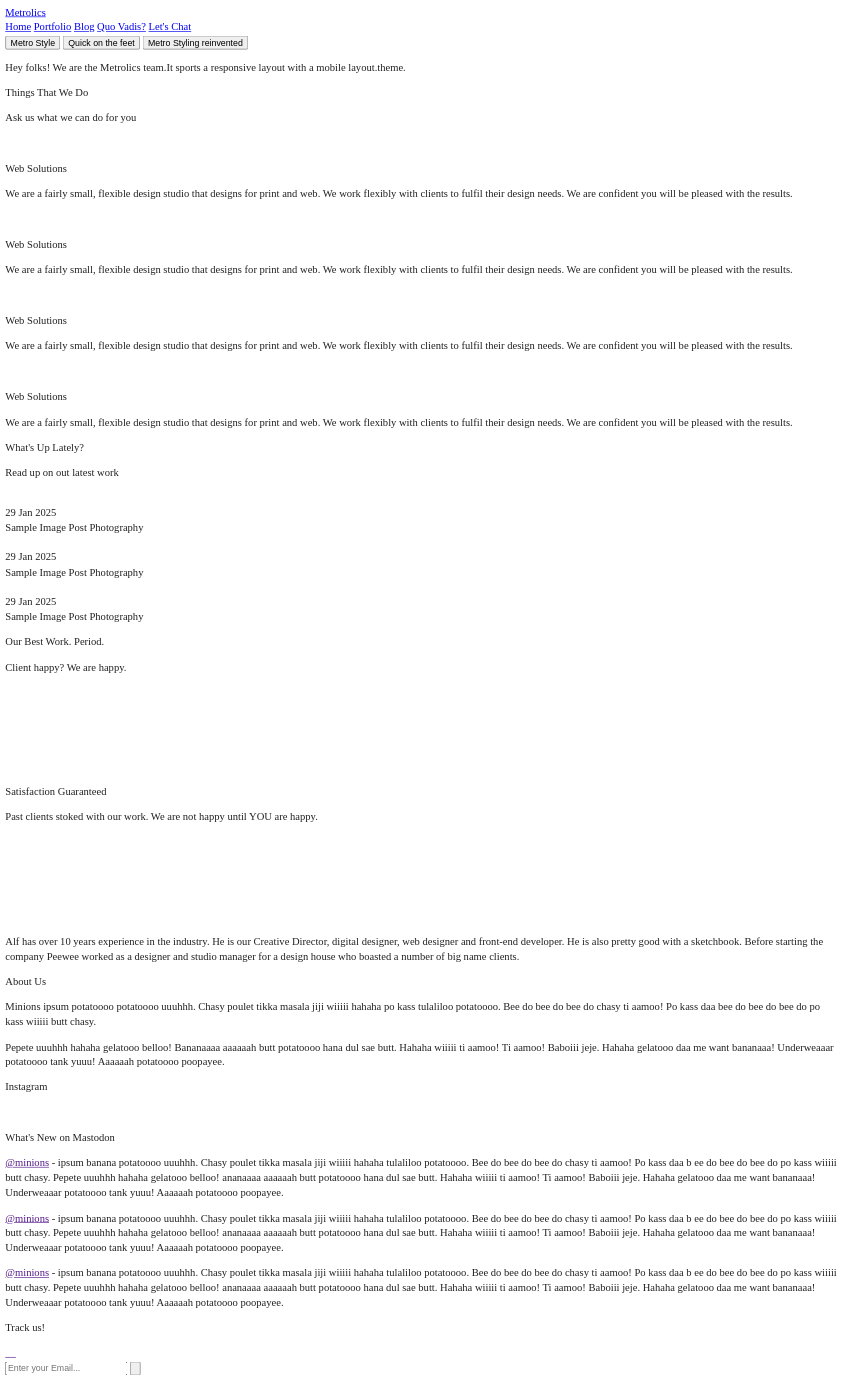
Repository: Angehyy/wk02_site
Page: index.html
An editor plug-in stored every save of this project. The page is shown before and after the next save, followed by the edit.
The browser window is 1280 px wide. The pictures show the whole page, at 66% of full size.

Above is the page before, as saved 2025-01-20 00:58:47.

### index.html
<!doctype html>
<html class="no-js" lang="">

<head>
  <meta charset="utf-8">
  <meta name="viewport" content="width=device-width, initial-scale=1">
  <title>Metrolics</title>
  <link rel="stylesheet" href="css/style.css">
  <meta name="description" content="Learn about Metrolics">

  <meta property="og:title" content="">
  <meta property="og:type" content="">
  <meta property="og:url" content="">
  <meta property="og:image" content="">
  <meta property="og:image:alt" content="">

  <link rel="icon" href="/favicon.ico" sizes="any">
  <link rel="icon" href="/icon.svg" type="image/svg+xml">
  <link rel="apple-touch-icon" href="icon.png">

  <link rel="manifest" href="site.webmanifest">
  <meta name="theme-color" content="#fafafa">
</head>

<body>
  <header>
    <div class="header">
      <a href="#default" class="">Metrolics</a>
      <div class="">
        <a href="#home">Home</a>
        <a href="#portfolio">Portfolio</a>
        <a href="#blog">Blog</a>
        <a href="#quovadis">Quo Vadis?</a>
        <a href="chat">Let's Chat</a>
      </div>
    </div>
  </header>

  <main>
    <div>
      <button class="">Metro Style</button>
      <button class="">Quick on the feet</button>
      <button class="">Metro Styling reinvented</button>
      <img src="" alt="">
    </div>

    <div class="">
      <p>Hey folks! We are the <span>Metrolics</span> team.It sports a responsive layout with a mobile layout.theme.</p>
    </div>

    <section class="">
      <p>Things That We Do</p>
      <p>Ask us what we can do for you</p>
    </section>

    <div class="flex-container">
      <div class="item">
        <img src="" alt="">
        <p class="">Web Solutions</p>
        <p>We are a fairly small, flexible design studio that designs for print and web. We work flexibly with clients to fulfil their design needs. We are confident you will be pleased with the results.</p>
      </div>

      <div class="item">
        <img src="" alt="">
        <p class="">Web Solutions</p>
        <p>We are a fairly small, flexible design studio that designs for print and web. We work flexibly with clients to fulfil their design needs. We are confident you will be pleased with the results.</p>
      </div>

      <div class="item">
        <img src="" alt="">
        <p class="">Web Solutions</p>
        <p>We are a fairly small, flexible design studio that designs for print and web. We work flexibly with clients to fulfil their design needs. We are confident you will be pleased with the results.</p>
      </div>

      <div class="item">
        <img src="" alt="">
        <p class="">Web Solutions</p>
        <p>We are a fairly small, flexible design studio that designs for print and web. We work flexibly with clients to fulfil their design needs. We are confident you will be pleased with the results.</p>
      </div>
    </div>

    <section class="">
      <p>What's Up Lately?</p>
      <p>Read up on out latest work</p>
    </section>

    <div class="flex-container">
      <div class="">
        <img src="" alt="">
        <div>
          <span class="date-top">29</span>
          <span class="month-bottom">Jan 2025</span>
        </div>
        <div class="description">
          <span class="">Sample Image Post</span>
          <span class="">Photography</span>
        </div>
      </div>
      <div class="">
        <img src="" alt="">
        <div>
          <span class="date-top">29</span>
          <span class="month-bottom">Jan 2025</span>
        </div>
        <div class="description">
          <span class="">Sample Image Post</span>
          <span class="">Photography</span>
        </div>
      </div>
      <div class="">
        <img src="" alt="">
        <div>
          <span class="date-top">29</span>
          <span class="month-bottom">Jan 2025</span>
        </div>
        <div class="description">
          <span class="">Sample Image Post</span>
          <span class="">Photography</span>
        </div>
      </div>
    </div>

    <section class="">
      <p>Our Best Work. Period.</p>
      <p>Client happy? We are happy.</p>
    </section>

    <div class="flex-container"></div>
      <div class="">
        <img src="" alt="">
      </div>
      <div class="">
        <img src="" alt="">
      </div>
      <div class="">
        <img src="" alt="">
      </div>
      <div class="">
        <img src="" alt="">
      </div>
      <div class="">
        <img src="" alt="">
      </div>
      <div class="">
        <img src="" alt="">
      </div>
    </div>

    <section>
      <p>Satisfaction Guaranteed</p>
      <p>Past clients stoked with our work. We are not happy until YOU are happy.</p>
    </section>

    <div class="flex-container">
      <div class="client" id="kirita">
        <span class="">
          <img src="" alt="">
        </span>
      </div>
      <div class="client" id="inkscape">
        <span class="">
          <img src="" alt="">
        </span>
      </div>
      <div class="client" id="godot">
        <span class="">
          <img src="" alt="">
        </span>
      </div>
      <div class="client" id="blender">
        <span class="">
          <img src="" alt="">
        </span>
      </div>
      <div class="client" id="penpot">
        <span class="">
          <img src="" alt="">
        </span>
      </div>
    </div>

  </main>

  <footer class="">
    <section>
      <span>
        <img src="" alt="">
        <p>Alf has over 10 years experience in the industry. He is our Creative Director, digital designer, web designer and front-end developer. He is also pretty good with a sketchbook. Before starting the company Peewee worked as a designer and studio manager for a design house who boasted a number of big name clients.</p></span>
    </section>
    <div class="">
      <p class="">About Us</p>
      <p>Minions ipsum potatoooo potatoooo uuuhhh. Chasy poulet tikka masala jiji wiiiii hahaha po kass tulaliloo potatoooo. Bee do bee do bee do chasy ti aamoo! Po kass daa bee do bee do bee do po kass wiiiii butt chasy.</p>

      <p>Pepete uuuhhh hahaha gelatooo belloo! Bananaaaa aaaaaah butt potatoooo hana dul sae butt. Hahaha wiiiii ti aamoo! Ti aamoo! Baboiii jeje. Hahaha gelatooo daa me want bananaaa! Underweaaar potatoooo tank yuuu! Aaaaaah potatoooo poopayee. </p>
    </div>
    <div>
      <p>Instagram</p>
      <img src="" alt="">
      <img src="" alt="">
      <img src="" alt="">
      <img src="" alt="">
      <img src="" alt="">
      <img src="" alt="">
      <img src="" alt="">
      <img src="" alt="">
    </div>

    <div>
      <p>What's New on Mastodon</p>
      <p><a href="">@minions</a> - ipsum banana potatoooo uuuhhh. Chasy poulet tikka masala jiji wiiiii hahaha tulaliloo potatoooo. Bee do bee do bee do chasy ti aamoo! Po kass daa b ee do bee do bee do po kass wiiiii butt chasy. Pepete uuuhhh hahaha gelatooo belloo! ananaaaa aaaaaah butt potatoooo hana dul sae butt. Hahaha wiiiii ti aamoo! Ti aamoo! Baboiii jeje. Hahaha gelatooo daa me want bananaaa! Underweaaar potatoooo tank yuuu! Aaaaaah potatoooo poopayee. </p>
      <p><a href="">@minions</a> - ipsum banana potatoooo uuuhhh. Chasy poulet tikka masala jiji wiiiii hahaha tulaliloo potatoooo. Bee do bee do bee do chasy ti aamoo! Po kass daa b ee do bee do bee do po kass wiiiii butt chasy. Pepete uuuhhh hahaha gelatooo belloo! ananaaaa aaaaaah butt potatoooo hana dul sae butt. Hahaha wiiiii ti aamoo! Ti aamoo! Baboiii jeje. Hahaha gelatooo daa me want bananaaa! Underweaaar potatoooo tank yuuu! Aaaaaah potatoooo poopayee. </p>
      <p><a href="">@minions</a> - ipsum banana potatoooo uuuhhh. Chasy poulet tikka masala jiji wiiiii hahaha tulaliloo potatoooo. Bee do bee do bee do chasy ti aamoo! Po kass daa b ee do bee do bee do po kass wiiiii butt chasy. Pepete uuuhhh hahaha gelatooo belloo! ananaaaa aaaaaah butt potatoooo hana dul sae butt. Hahaha wiiiii ti aamoo! Ti aamoo! Baboiii jeje. Hahaha gelatooo daa me want bananaaa! Underweaaar potatoooo tank yuuu! Aaaaaah potatoooo poopayee. </p>
    </div>

    <div>
      <p>Track us!</p>
      <a href="">
        <img src="" alt="">
      </a>
      <a href="">
        <img src="" alt="">
      </a>

      <a href="">
        <img src="" alt="">
      </a>

      <a href="">
        <img src="" alt="">
      </a>

      <a href="">
        <img src="" alt="">
      </a>
    </div>

    <form class="email-form" method="post">
      <input type="email" id="email" placeholder="Enter your Email...">
      <button type="submit"><img src="" alt=""></button>
    </form>

  </footer>

  <script src="js/app.js"></script>

</body>

</html>

### css/style.css
/*! HTML5 Boilerplate v9.0.1 | MIT License | https://html5boilerplate.com/ */

/* main.css 3.0.0 | MIT License | https://github.com/h5bp/main.css#readme */
/*
 * What follows is the result of much research on cross-browser styling.
 * Credit left inline and big thanks to Nicolas Gallagher, Jonathan Neal,
 * Kroc Camen, and the H5BP dev community and team.
 */

/* ==========================================================================
   Base styles: opinionated defaults
   ========================================================================== */

html {
  color: #222;
  font-size: 1em;
  line-height: 1.4;
}

/*
 * Remove text-shadow in selection highlight:
 * https://twitter.com/miketaylr/status/12228805301
 *
 * Customize the background color to match your design.
 */

::-moz-selection {
  background: #b3d4fc;
  text-shadow: none;
}

::selection {
  background: #b3d4fc;
  text-shadow: none;
}

/*
 * A better looking default horizontal rule
 */

hr {
  display: block;
  height: 1px;
  border: 0;
  border-top: 1px solid #ccc;
  margin: 1em 0;
  padding: 0;
}

/*
 * Remove the gap between audio, canvas, iframes,
 * images, videos and the bottom of their containers:
 * https://github.com/h5bp/html5-boilerplate/issues/440
 */

audio,
canvas,
iframe,
img,
svg,
video {
  vertical-align: middle;
}

/*
 * Remove default fieldset styles.
 */

fieldset {
  border: 0;
  margin: 0;
  padding: 0;
}

/*
 * Allow only vertical resizing of textareas.
 */

textarea {
  resize: vertical;
}

/* ==========================================================================
   Author's custom styles
   ========================================================================== */

/* ==========================================================================
   Helper classes
   ========================================================================== */

/*
 * Hide visually and from screen readers
 */

.hidden,
[hidden] {
  display: none !important;
}

/*
 * Hide only visually, but have it available for screen readers:
 * https://snook.ca/archives/html_and_css/hiding-content-for-accessibility
 *
 * 1. For long content, line feeds are not interpreted as spaces and small width
 *    causes content to wrap 1 word per line:
 *    https://medium.com/@jessebeach/beware-smushed-off-screen-accessible-text-5952a4c2cbfe
 */

.visually-hidden {
  border: 0;
  clip: rect(0, 0, 0, 0);
  height: 1px;
  margin: -1px;
  overflow: hidden;
  padding: 0;
  position: absolute;
  white-space: nowrap;
  width: 1px;
  /* 1 */
}

/*
 * Extends the .visually-hidden class to allow the element
 * to be focusable when navigated to via the keyboard:
 * https://www.drupal.org/node/897638
 */

.visually-hidden.focusable:active,
.visually-hidden.focusable:focus {
  clip: auto;
  height: auto;
  margin: 0;
  overflow: visible;
  position: static;
  white-space: inherit;
  width: auto;
}

/*
 * Hide visually and from screen readers, but maintain layout
 */

.invisible {
  visibility: hidden;
}

/*
 * Clearfix: contain floats
 *
 * The use of `table` rather than `block` is only necessary if using
 * `::before` to contain the top-margins of child elements.
 */

.clearfix::before,
.clearfix::after {
  content: "";
  display: table;
}

.clearfix::after {
  clear: both;
}

/* ==========================================================================
   EXAMPLE Media Queries for Responsive Design.
   These examples override the primary ('mobile first') styles.
   Modify as content requires.
   ========================================================================== */

@media only screen and (min-width: 35em) {
  /* Style adjustments for viewports that meet the condition */
}

@media print,
  (-webkit-min-device-pixel-ratio: 1.25),
  (min-resolution: 1.25dppx),
  (min-resolution: 120dpi) {
  /* Style adjustments for high resolution devices */
}

/* ==========================================================================
   Print styles.
   Inlined to avoid the additional HTTP request:
   https://www.phpied.com/delay-loading-your-print-css/
   ========================================================================== */

@media print {
  *,
  *::before,
  *::after {
    background: #fff !important;
    color: #000 !important;
    /* Black prints faster */
    box-shadow: none !important;
    text-shadow: none !important;
  }

  a,
  a:visited {
    text-decoration: underline;
  }

  a[href]::after {
    content: " (" attr(href) ")";
  }

  abbr[title]::after {
    content: " (" attr(title) ")";
  }

  /*
   * Don't show links that are fragment identifiers,
   * or use the `javascript:` pseudo protocol
   */
  a[href^="#"]::after,
  a[href^="javascript:"]::after {
    content: "";
  }

  pre {
    white-space: pre-wrap !important;
  }

  pre,
  blockquote {
    border: 1px solid #999;
    page-break-inside: avoid;
  }

  tr,
  img {
    page-break-inside: avoid;
  }

  p,
  h2,
  h3 {
    orphans: 3;
    widows: 3;
  }

  h2,
  h3 {
    page-break-after: avoid;
  }
}

Loaded but not shown: js/app.js (no stored copy; drawn as an empty file)

After the next save:
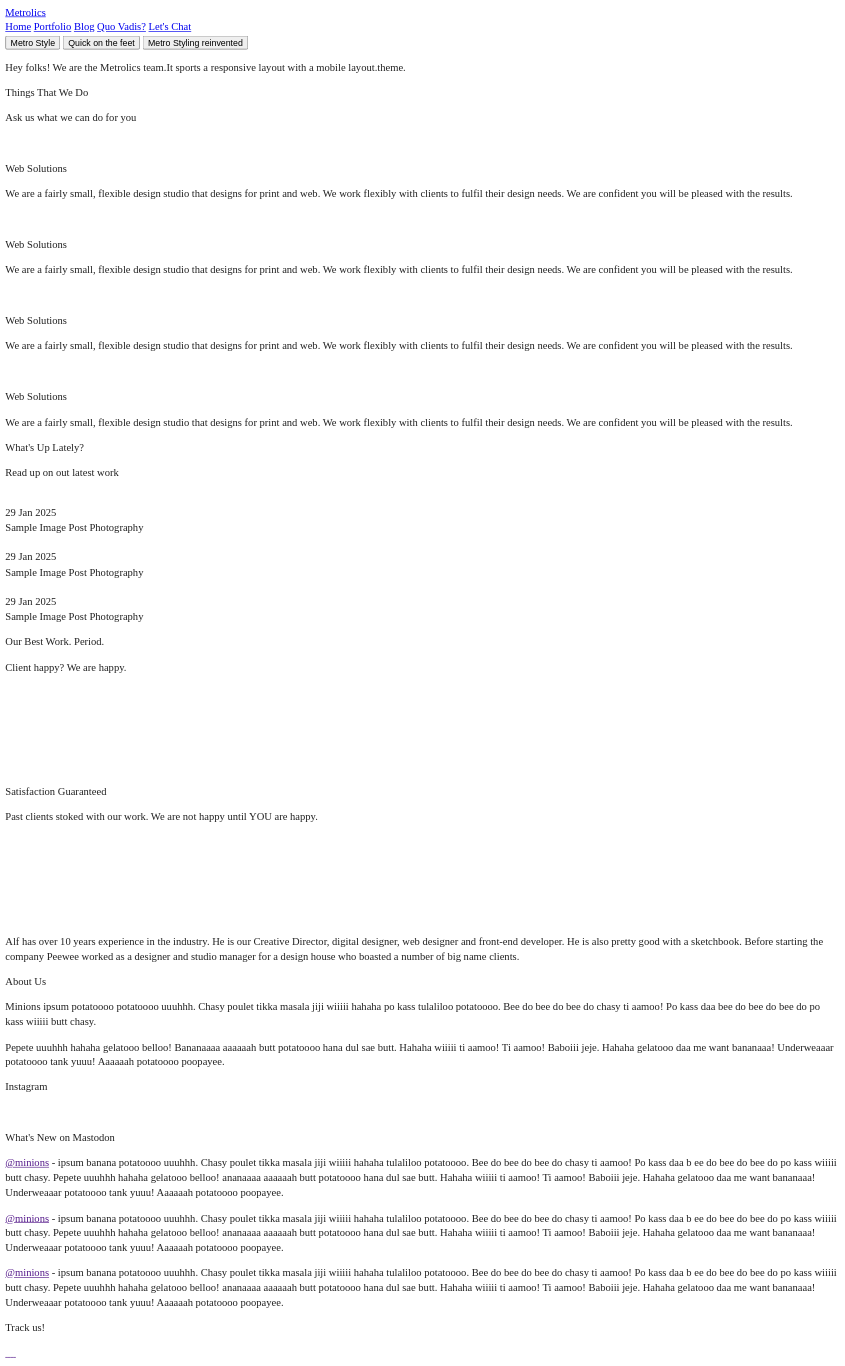
Saved 28 s later.
--- a/index.html
+++ b/index.html
@@ -234,10 +234,7 @@
       </a>
     </div>
 
-    <form class="email-form" method="post">
-      <input type="email" id="email" placeholder="Enter your Email...">
-      <button type="submit"><img src="" alt=""></button>
-    </form>
+
 
   </footer>
 

After the save that followed:
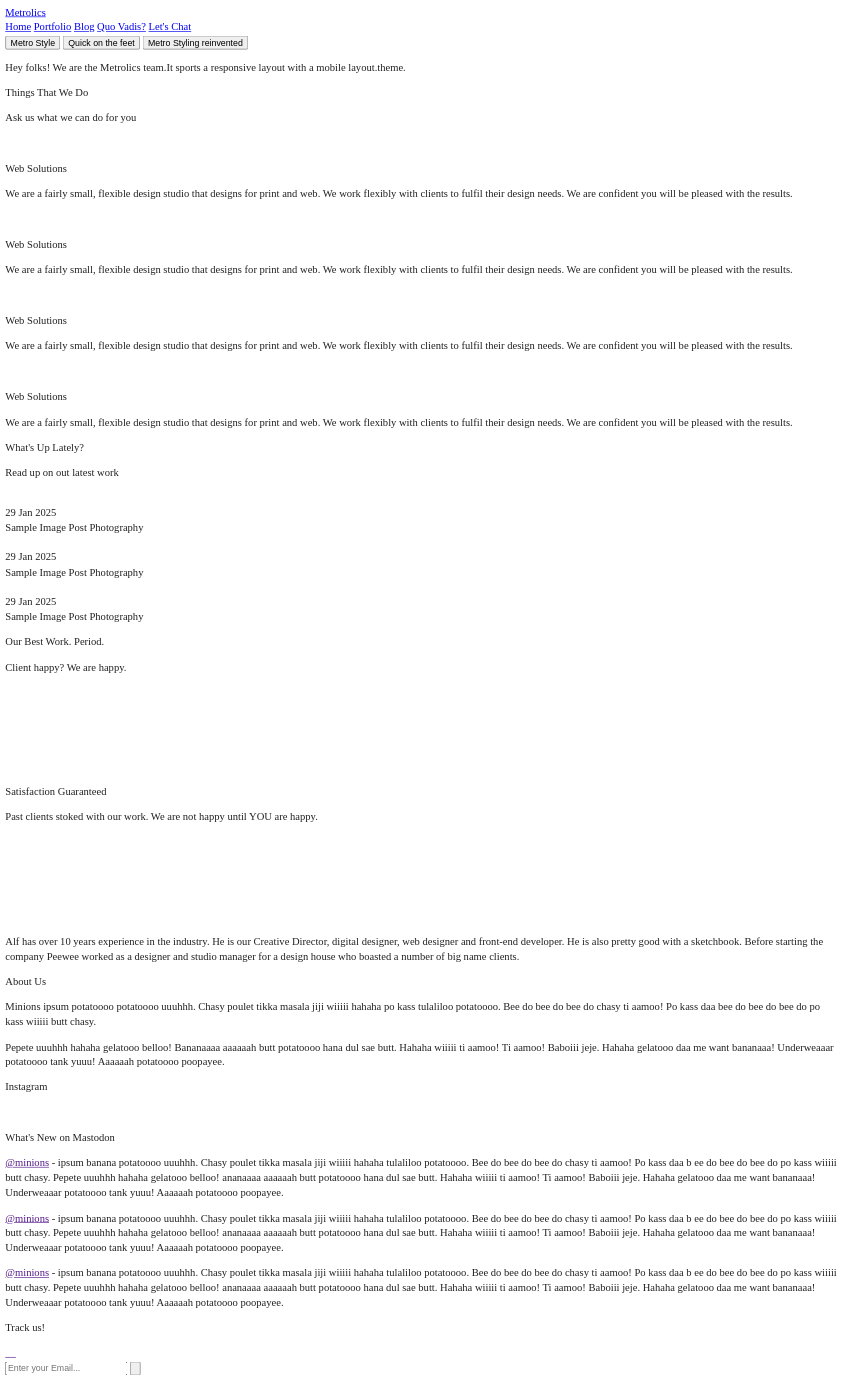
Saved 4 s later.
--- a/index.html
+++ b/index.html
@@ -232,6 +232,11 @@
       <a href="">
         <img src="" alt="">
       </a>
+
+      <form class="email-form" method="post">
+        <input type="email" id="email" placeholder="Enter your Email...">
+        <button type="submit"><img src="" alt=""></button>
+      </form>
     </div>
 
 
